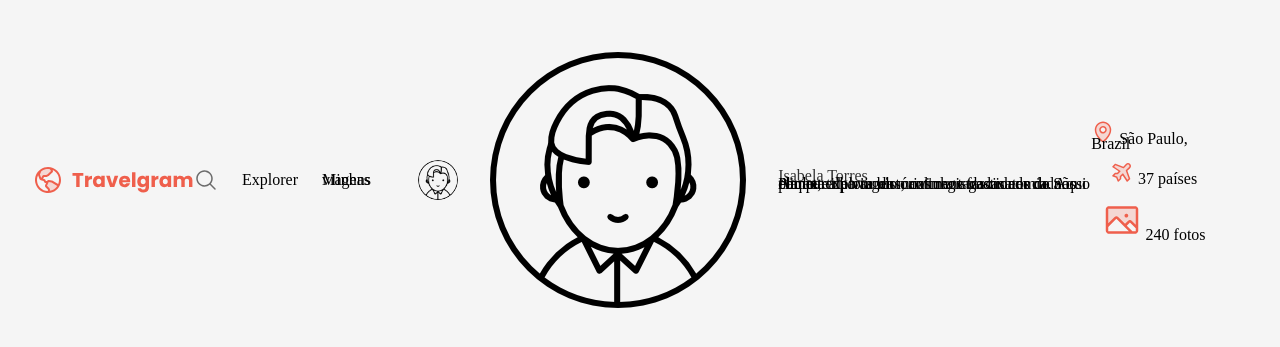
Repository: JeffRodFer/projeto-Travelgran-Rockeseat
Page: index.html
An editor plug-in stored every save of this project. The page is shown before and after the next save, followed by the edit.
The browser window is 1280 px wide. The pictures show the whole page.

Above is the page before, as saved 2025-03-22 16:15:44.

After the next save:
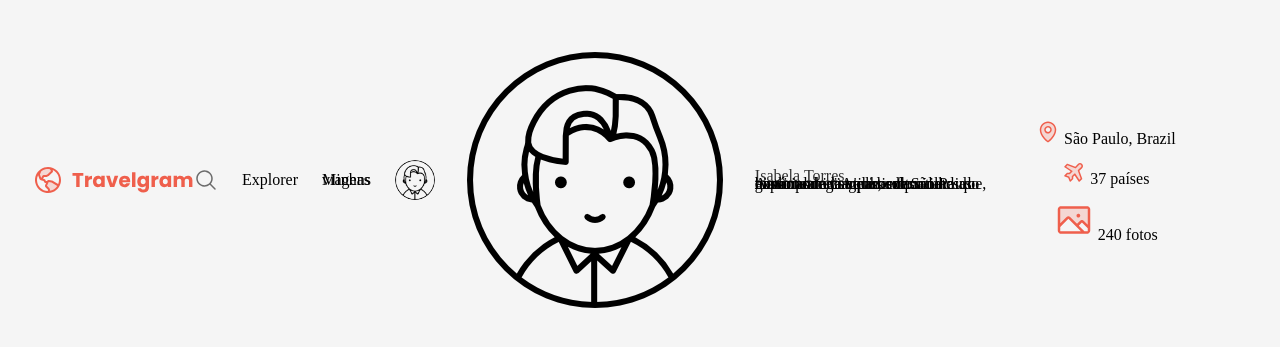
Saved 4 s later.
--- a/styles/header.css
+++ b/styles/header.css
@@ -33,7 +33,7 @@ header .container {
     flex-direction: column;
     gap: 16px;
 
-    width: ;
+    width: 280px;
 
 #info li {
     display: flex;
